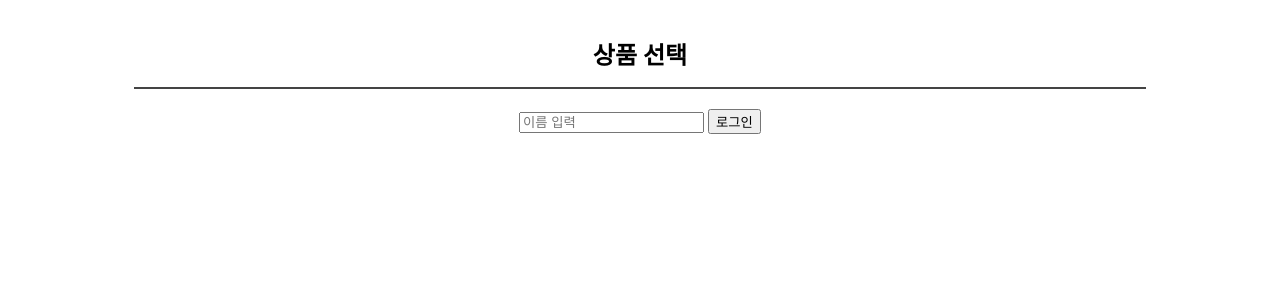
Repository: taiseidesu97/space_jspworks
Page: http://localhost/jweb0/cart/loginForm.jsp
An editor plug-in stored every save of this project. The page is shown before and after the next save, followed by the edit.
The browser window is 1280 px wide. The pictures show the whole page.
The page is served by Tomcat 10. Other server files are loaded and not shown.

Above is the page before, as saved 2025-10-13 03:08:56.

### jweb0/src/main/webapp/cart/loginForm.jsp
<%@ page language="java" contentType="text/html; charset=UTF-8"
    pageEncoding="UTF-8"%>
<!DOCTYPE html>
<html>
<head>
<meta charset="UTF-8">
<title>로그인 폼</title>
<style>
	#container{width: 80%; margin: 0 auto; text-align: center;}
	h2{border-bottom: 2px solid #444; padding: 16px}
</style>
</head>
<body>
<section id="container">
<h2>상품 선택</h2>
<form action="selProduct.jsp" method="post">
<p>
<input type="text" name="username" placeholder="이름 입력">
<input type="submit" value="로그인">
</p>
</form>
</section>

</body>
</html>

After the next save:
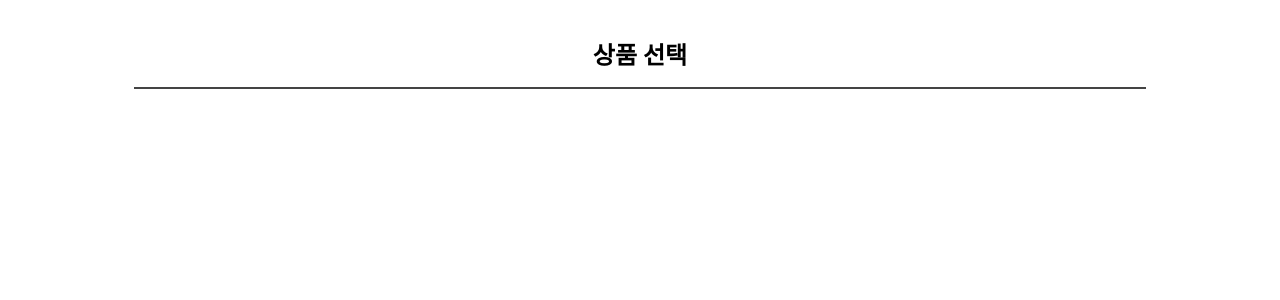
Saved 36 s later.
--- a/jweb0/src/main/webapp/cart/loginForm.jsp
+++ b/jweb0/src/main/webapp/cart/loginForm.jsp
@@ -13,12 +13,12 @@
 <body>
 <section id="container">
 <h2>상품 선택</h2>
-<form action="selProduct.jsp" method="post">
+<!-- <form action="selProduct.jsp" method="post">
 <p>
 <input type="text" name="username" placeholder="이름 입력">
 <input type="submit" value="로그인">
 </p>
-</form>
+</form> -->
 </section>
 
 </body>
